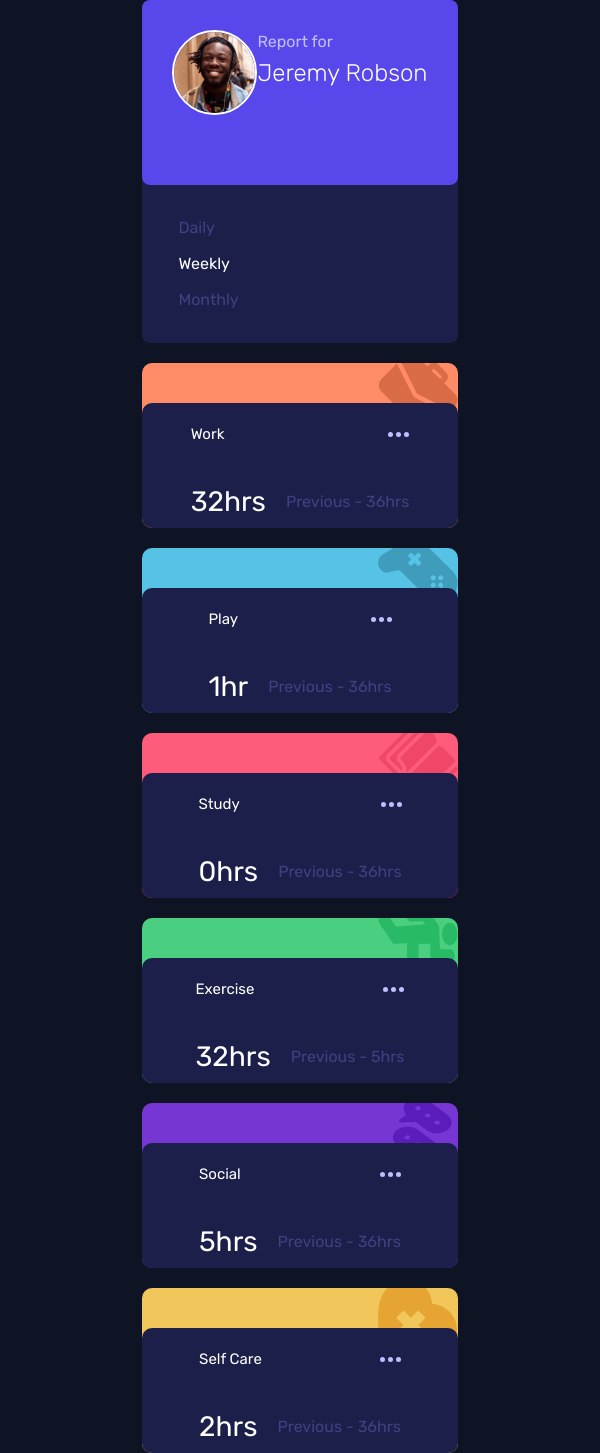
Repository: Akashiii1/WebTimeTracking_Day6
Page: index.html
The author's editor kept a copy of each file at every save. The page is drawn from the files as they stood at one save, then again after the next save.
The browser window is 600 px wide. The pictures show the whole page.

Above is the page before, as saved 2021-12-27 00:45:37.

### index.html
<!DOCTYPE html>
<html lang="en">
  <head>
    <meta charset="UTF-8" />
    <meta name="viewport" content="width=device-width, initial-scale=1.0" />
    <!-- displays site properly based on user's device -->

    <link
      rel="icon"
      type="image/png"
      sizes="32x32"
      href="./images/favicon-32x32.png"
    />

    <title>Frontend Mentor | Time tracking dashboard</title>

    <!-- Feel free to remove these styles or customise in your own stylesheet 👍 -->
    <link rel="stylesheet" href="style.css" />
    <style>
      .attribution {
        font-size: 11px;
        text-align: center;
      }

      .attribution a {
        color: hsl(228, 45%, 44%);
      }
    </style>
  </head>

  <body>
    <div class="container">
      <div class="first">
        <div class="user">
          <div class="user-img">
            <img src="images/image-jeremy.png" alt="" />
          </div>
          <div class="user-content">
            <p class="user-info">Report for</p>
            <h2 class="user-name">Jeremy Robson</h2>
          </div>
        </div>
        <div class="options">
          <button class="user-btn">Daily</button>
          <button class="user-btn active">Weekly</button>
          <button class="user-btn">Monthly</button>

        </div>
      </div>
      <div class="work">
        <div class="content">
          <div class="heading">
            <h3 class="title">Work</h3>
            <img src="images/icon-ellipsis.svg" alt="">
          </div>
          <div class="wrapper">
            <h3 class="time">32hrs</h3>
          <div class="desc">Previous - 36hrs </div>
          </div>
        </div>
      </div>
      <div class="play">
        <div class="content">
          <div class="heading">
            <h3 class="title">Play</h3>
            <img src="images/icon-ellipsis.svg" alt="">
          </div>
          <div class="wrapper">
            <h3 class="time">1hr</h3>
          <div class="desc">Previous - 36hrs </div>
          </div>
        </div>
      </div>
      <div class="exercise">
        <div class="content">
          <div class="heading">
            <h3 class="title"> Exercise</h3>
            <img src="images/icon-ellipsis.svg" alt="">
          </div>
          <div class="wrapper">
            <h3 class="time">32hrs</h3>
          <div class="desc"> Previous - 5hrs </div>
          </div>
        </div>
      </div>
      <div class="social">
        <div class="content">
          <div class="heading">
            <h3 class="title">Social</h3>
            <img src="images/icon-ellipsis.svg" alt="">
          </div>
         <div class="wrapper">
          <h3 class="time">5hrs </h3>
          <div class="desc">Previous - 36hrs </div>
         </div>
        </div>
      </div>
      <div class="self">
        <div class="content">
          <div class="heading">
            <h3 class="title">Self Care</h3>
            <img src="images/icon-ellipsis.svg" alt="">
          </div>
        <div class="wrapper">
          <h3 class="time"> 2hrs</h3>
          <div class="desc">Previous - 36hrs </div>
        </div>
        </div>
      </div>
      <div class="study">
        <div class="content">
          <div class="heading">
            <h3 class="title">Study</h3>
            <img src="images/icon-ellipsis.svg" alt="">
          </div>
         <div class="wrapper">
          <h3 class="time">0hrs</h3>
          <div class="desc">Previous - 36hrs </div>
         </div>
        </div>
      </div>


    </div>

    <!-- <div class="attribution">
      Challenge by
      <a href="https://www.frontendmentor.io?ref=challenge" target="_blank"
        >Frontend Mentor</a
      >. Coded by <a href="#">Your Name Here</a>.
    </div> -->
    <script src="app.js"></script>
  </body>
</html>

### style.css
@import url('https://fonts.googleapis.com/css2?family=Rubik:wght@300;400;500&display=swap');
:root{
  --Blue: hsl(246, 80%, 60%);

 --Lightreda: hsl(15, 100%, 70%);/*(work)*/
 --Softblue : hsl(195, 74%, 62%);/*(play)*/
 --Lightred : hsl(348, 100%, 68%);/*(study)*/
 --Limegreen : hsl(145, 58%, 55%);/*(exercise)*/
 --Violet: hsl(264, 64%, 52%);/*(social)*/
 --Softorange : hsl(43, 84%, 65%);/*(self care)*/

  --Verydarkblue: hsl(226, 43%, 10%);
  --Darkblue: hsl(235, 46%, 20%);
  --Desaturatedblue: hsl(235, 45%, 61%);
  --PaleBlue: hsl(236, 100%, 87%);
}
*,
*::before,
*::after {
  box-sizing: border-box;
}
body,
h1,
h2,
h3,
h4,
h5,
h6,
p,
figure,
picture {
  margin: 0;
}
body {
  min-height: 100vh;
  line-height: 1.5;
}
input,
button,
select,
textarea {
  font: inherit;
}
img,
picture {
  display: block;
  max-width: 100%;
}
body{
  font-family: 'Rubik', sans-serif;
  background: var(--Verydarkblue);
  min-height: 100vh;
  display: flex;
  justify-content: center;
  align-items: center;
}
.container{
  max-width: 1120px;
  display: grid;
  min-height: 500px;
  grid-template-columns: repeat(4,1fr);
  /* grid-template-rows: repeat(2,1fr); */
  grid-gap:30px ;
  grid-template-areas: "user work play study"
                        "user exe social self";
}
.work{
  grid-area: work;
}
.play{
  grid-area: play;
}
.study{
  grid-area: study;
}
.exercise{
  grid-area: exe;
}
.social{
  grid-area: social;
}
.self{
  grid-area: self;
}
.first{
  background-color: var(--Darkblue);
  border-radius: 8px;
  display: flex;
  flex-direction: column;
  grid-area: user;
}
.user{
  background: var(--Blue);
  border-radius: 8px;
  padding: 30px;
  flex: 1;
}
.user-img{
  width: 85px;
  height: 85px;
  margin-bottom: 40px;
}
.user-img img{
  border-radius: 50%;
  border: 2px solid #fff;
  object-fit: cover;
}
.user-content{

}
.user-info{
  color: var(--PaleBlue);
  margin-bottom: 10px;
}
.user-name{
  color: #fff;
  font-weight: 300;
  line-height: 18px;
}
button{
  cursor: pointer;
}
.options{
  display: flex;
  flex-direction: column;
  justify-content: space-around;
  gap: 10px 0;
  align-items: flex-start;
  padding: 30px;
}
.user-btn{
  border: 0;
  outline: none;
  background-color: transparent;
  color:hsl(238.18,34.37%,37.65%);
}
.user-btn.active{
  color: #fff;
}
.work{
  background: url(images/icon-work.svg) no-repeat top -10px right/ 80px 80px ,var(--Lightreda);

}
.play{
  background: url(images/icon-play.svg) no-repeat top -10px right/ 80px 80px ,var(--Softblue);

}
.study,.work,.play,.exercise,.social,.self{
  padding-top: 40px;
  border-radius: 10px;
  overflow: hidden;
}
.content{
  background-color: var(--Darkblue);
  color: #fff;
  padding: 20px;
  border-radius: 10px;

}
.study{
  background: url(images/icon-study.svg) no-repeat top -10px right/ 80px 80px ,var(--Lightred);
}
.exercise{
  background: url(images/icon-exercise.svg) no-repeat top -10px right/ 80px 80px ,var(--Limegreen);
}
.social{
  background: url(images/icon-social.svg) no-repeat top -10px right/ 80px 80px ,var(--Violet);
}
.self{
  background: url(images/icon-self-care.svg) no-repeat top -10px right/ 80px 80px ,var(--Softorange);
}
.heading{
  display: flex;
  justify-content: space-between;
  align-items: center;
}
.heading h3{
  font-size: 15px;
  font-weight: 400;
}
.time{
  padding: 35px 0;
  font-size: 40px;
  font-weight: 400;
}
.desc{
  color: hsl(238.18,34.37%,37.65%);;
}
@media (max-width:750px){
  .container{
    grid-template-columns:1fr;

    /* grid-template-rows: repeat(2,1fr); */
    grid-gap:20px 0 ;
    grid-template-areas: "user"
                          "work"
                          "play"
                           "study"
                          "exe"
                           "social"
                            "self";
  }
  .study,.work,.play,.exercise,.social,.self{
    height: 165px;
  }
  .heading{
    flex: 1;
  }
  .content{
    display: flex;
    flex-wrap: wrap;

    align-content: center;
    flex-direction: column;
  }
  .wrapper{
    display: flex;
    justify-content: center;
    align-items: center;
    gap: 0 20px;
  }
  .time{
    font-size: 28px;
  }
  .first{
    /* height: 165px; */
  }
  .user{
    display: flex;
    justify-content: center;
  }
}
/* remove animation for people who've turned them off */
@media (prefers-reduced-motion: reduce) {
  *,
  *::before,
  *::after {
    animation-duration: 0.01ms !important;
    animation-iteration-count: 1 !important;
    transition-duration: 0.01ms !important;
    scroll-behavior: auto !important;
  }
}

Loaded but not shown: app.js (no stored copy; drawn as an empty file)

After the next save:
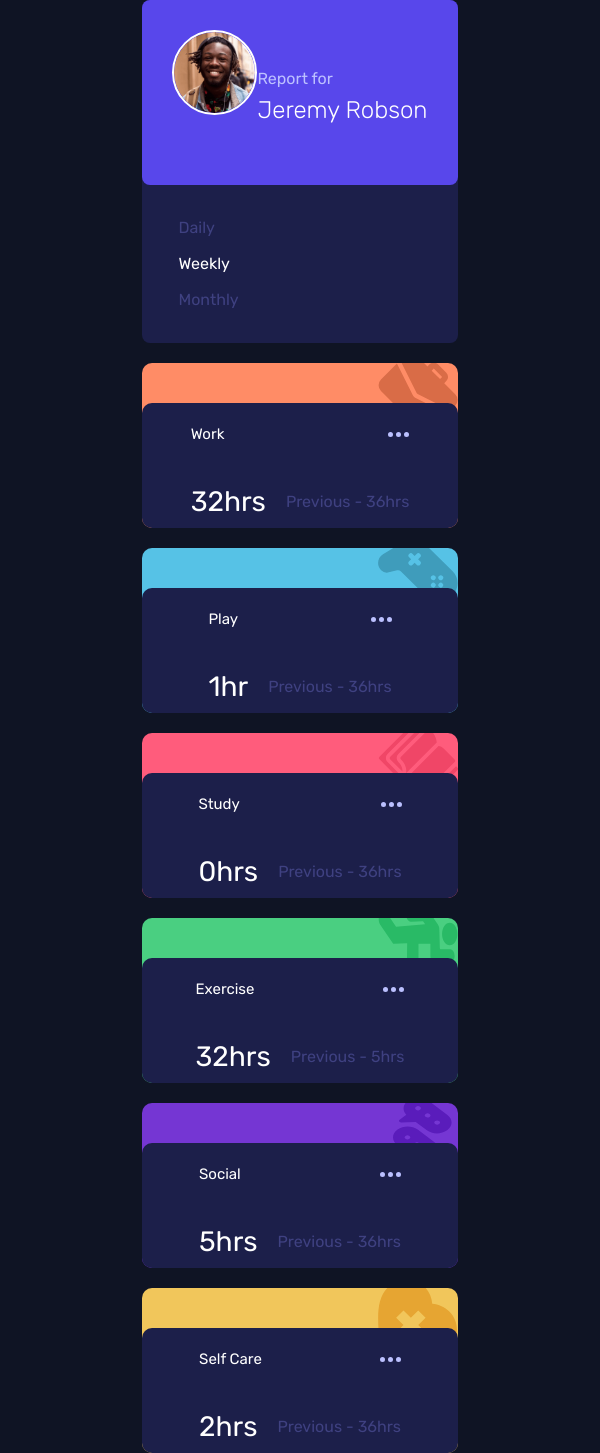
Saved 7 s later.
--- a/style.css
+++ b/style.css
@@ -227,7 +227,8 @@ button{
   }
   .user{
     display: flex;
-    justify-content: center;
+    justify-content: space-between;
+    align-items: center;
   }
 }
 /* remove animation for people who've turned them off */
